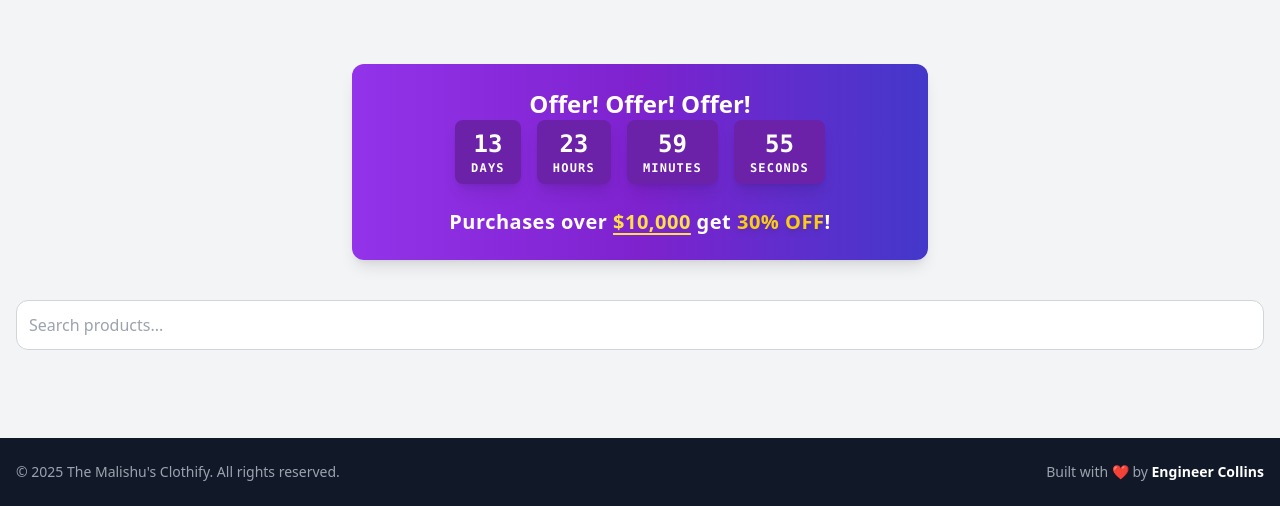
Repository: Engineer-collo/Modern-Ecommerce-Application
Page: /
The author's editor kept a copy of each file at every save. The page is drawn from the files as they stood at one save, then again after a run of saves.
The browser window is 1280 px wide. The pictures show the part of the page from y = 376 to 890 px (the page is 882 px tall before and 890 px after).
The page's requests for data from a server got no answer. The project was rebuilt for these pictures with package versions that can differ from the ones it lists, and the page was loaded fresh each time. No one was signed in, and anything a server would have sent is missing. Also part of the build but not shown: vite.config.js, src/components/SignupForm.jsx, src/components/LoginForm.jsx, src/components/ProductCard.jsx, src/components/Contact.jsx, src/components/About.jsx, src/components/Cart.jsx, src/components/ProductDetailsView.jsx.

Above is the page before, as saved 2025-05-26 10:50:05.

After the next 5 saves:
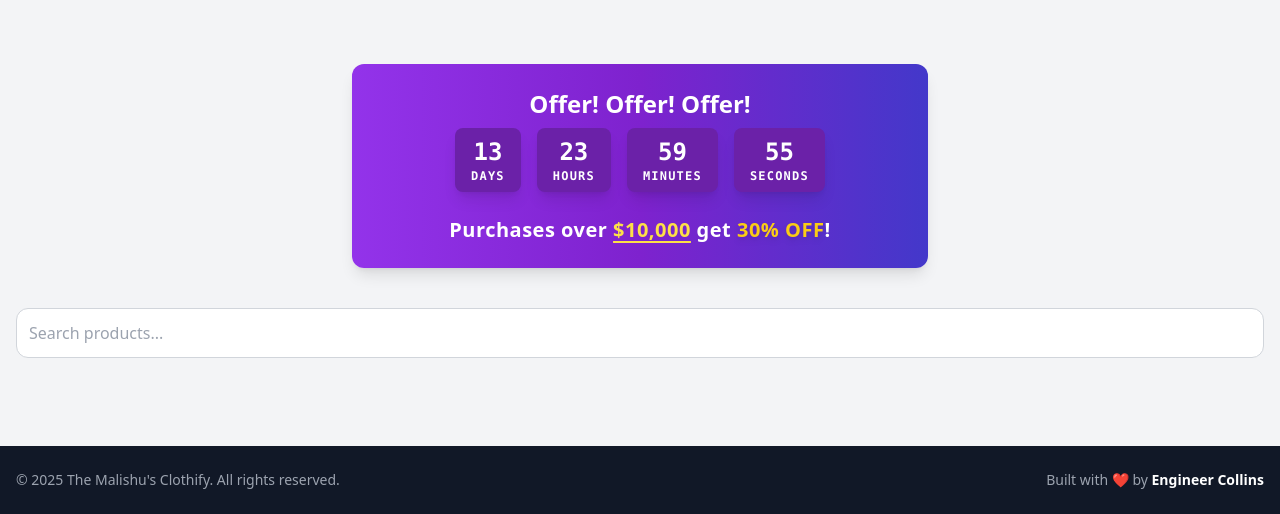
The 5 saves are shown as one change because they came seconds apart.
The last was saved 12 s later.
--- a/src/components/ProductFeed.jsx
+++ b/src/components/ProductFeed.jsx
@@ -35,7 +35,7 @@ const ProductFeed = ({ addToCart }) => {
       <div className="mt-12 p-4 max-w-7xl mx-auto">
         {/* Modern styled offer card */}
         <div className="mb-10 p-6 rounded-xl shadow-lg bg-gradient-to-r from-purple-600 via-purple-700 to-indigo-700 text-white max-w-xl mx-auto">
-          <h1 className="text-2xl font-bold text-center"> Offer! Offer! Offer!</h1>
+          <h1 className="text-2xl font-bold text-center pb-2"> Offer! Offer! Offer!</h1>
           <OfferCountdown />
           <p className="mt-6 text-center text-lg sm:text-xl font-semibold tracking-wide">
             Purchases over{" "}
